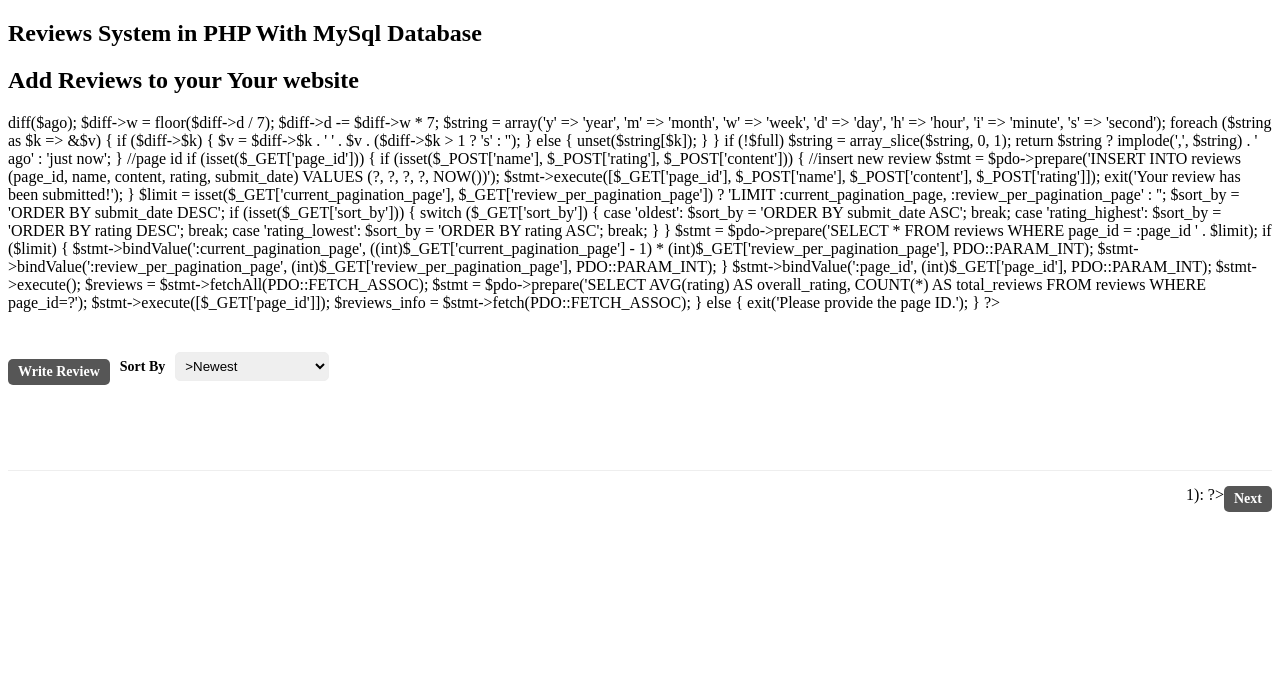
Repository: chathura226/SeekWork_Group_Project_I
Page: ratingsystem/index.html
An editor plug-in stored every save of this project. The page is shown before and after the next save, followed by the edit.
The browser window is 1280 px wide. The pictures show the whole page.

Above is the page before, as saved 2023-12-22 22:01:02.
Console error: TypeError: Cannot set properties of null (setting 'onclick')

After the next save:
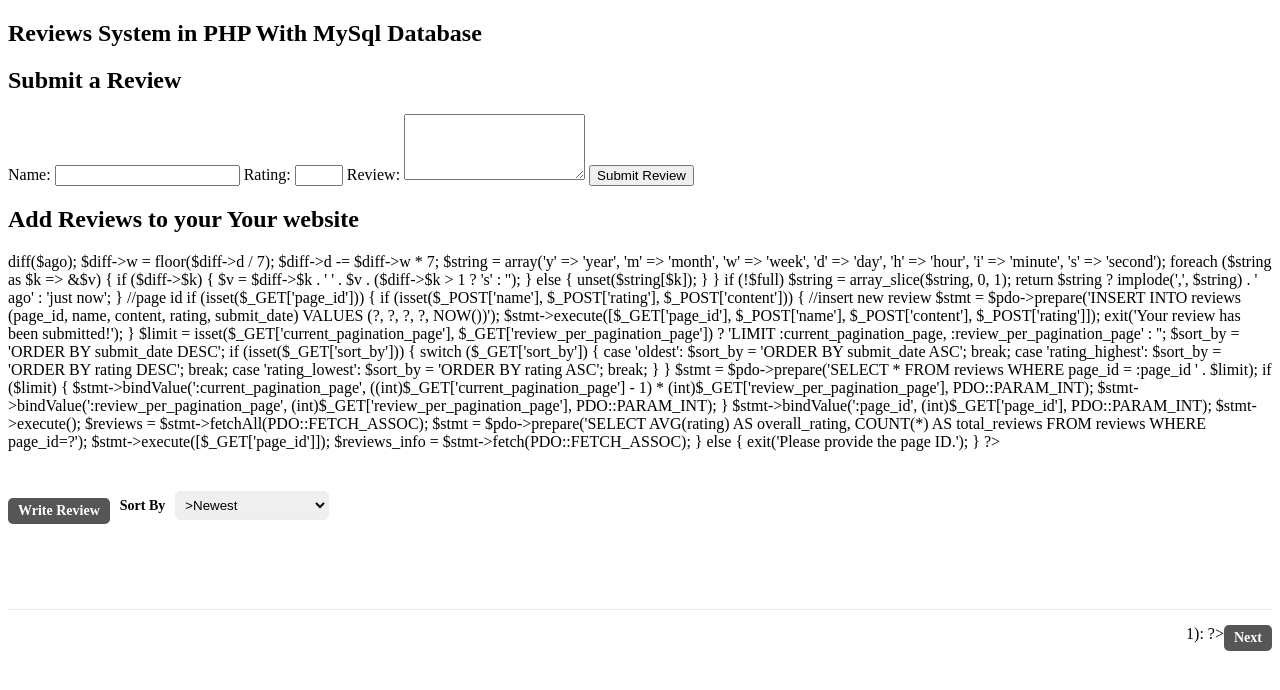
Saved 2 min 44 s later.
--- a/ratingsystem/index.html
+++ b/ratingsystem/index.html
@@ -13,6 +13,21 @@
                 <h1>Reviews System in PHP With MySql Database</h1>
             </div>
         </nav>
+
+        <div class="submit_review">
+            <h2>Submit a Review</h2>
+            <form action="reviews.php?page_id=<?= $_GET['page_id'] ?>" method="post">
+                <label for="name">Name:</label>
+                <input type="text" name="name" required>
+
+                <label for="rating">Rating:</label>
+                <input type="number" name="rating" min="1" max="5" required>
+
+                <label for="content">Review:</label>
+                <textarea name="content" rows="4" required></textarea>
+
+                <input type="submit" value="Submit Review">
+            </form>
 
         <div class="content home">
             <h2>Add Reviews to your Your website</h2>
